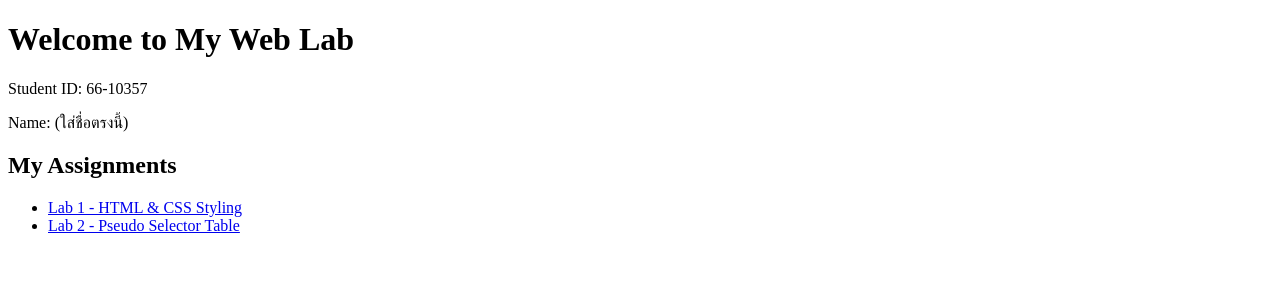
Repository: Mysterios570773/cs6610560.github.io
Page: lab2css/index.html
These files come from the project's save history. The page is drawn as it stood at one moment and after the next save; the edit follows.
The browser window is 1280 px wide. The pictures show the whole page.

Above is the page before, as saved 2025-07-23 00:22:49.

After the next save:
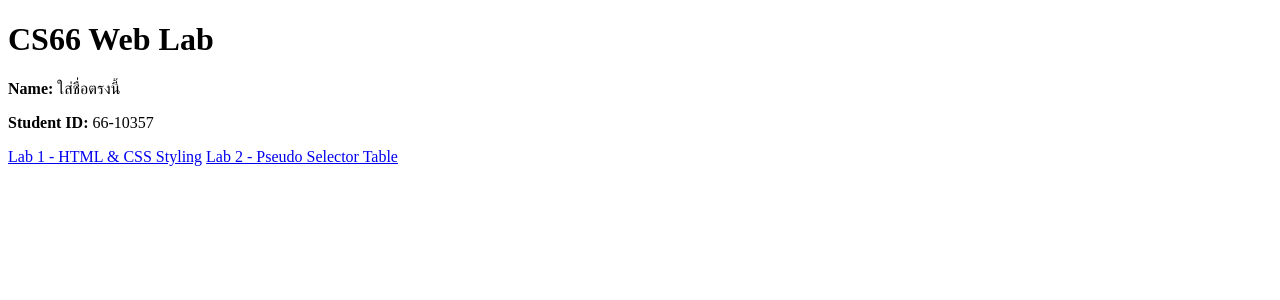
Saved 8 min 56 s later.
--- a/lab2css/index.html
+++ b/lab2css/index.html
@@ -1,4 +1,3 @@
-<!-- index.html -->
 <!DOCTYPE html>
 <html>
 <head>
@@ -7,14 +6,15 @@
     <link rel="stylesheet" href="style/style.css">
 </head>
 <body>
-    <h1>Welcome to My Web Lab</h1>
-    <p>Student ID: 66-10357</p>
-    <p>Name: (ใส่ชื่อตรงนี้)</p>
+    <div class="container">
+        <h1>CS66 Web Lab</h1>
+        <p><strong>Name:</strong> ใส่ชื่อตรงนี้</p>
+        <p><strong>Student ID:</strong> 66-10357</p>
 
-    <h2>My Assignments</h2>
-    <ul>
-        <li><a href="lab1no5">Lab 1 - HTML & CSS Styling</a></li>
-        <li><a href="lab2css">Lab 2 - Pseudo Selector Table</a></li>
-    </ul>
+        <div class="lab-list">
+            <a href="lab1.html" class="lab-box">Lab 1 - HTML & CSS Styling</a>
+            <a href="lab2.html" class="lab-box">Lab 2 - Pseudo Selector Table</a>
+        </div>
+    </div>
 </body>
 </html>
